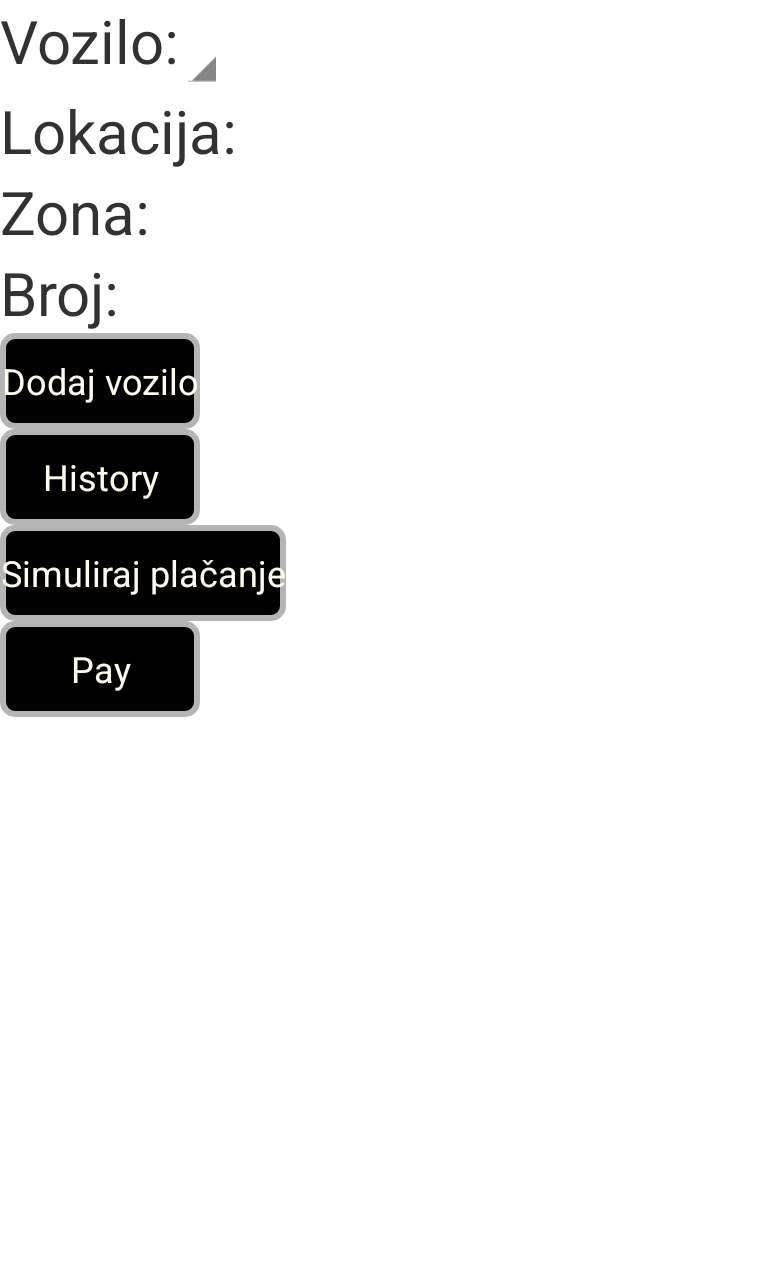
Repository: Kondorcom/GPS_parking
Layout: GPSParking/res/layout/activity_main.xml
An editor plug-in stored every save of this project. The layout is shown before and after the next save, followed by the edit.
It is drawn on a 768 x 1280 px phone screen (xhdpi) without system bars, with theme AppTheme; the app's code is not run. The app's manifest (not shown) leaves right-to-left support off. So textAlignment, textDirection and layoutDirection are ignored, and left and right values win over start and end ones.

Above is the layout before, as saved 2016-05-16 11:00:01.

After the next save:
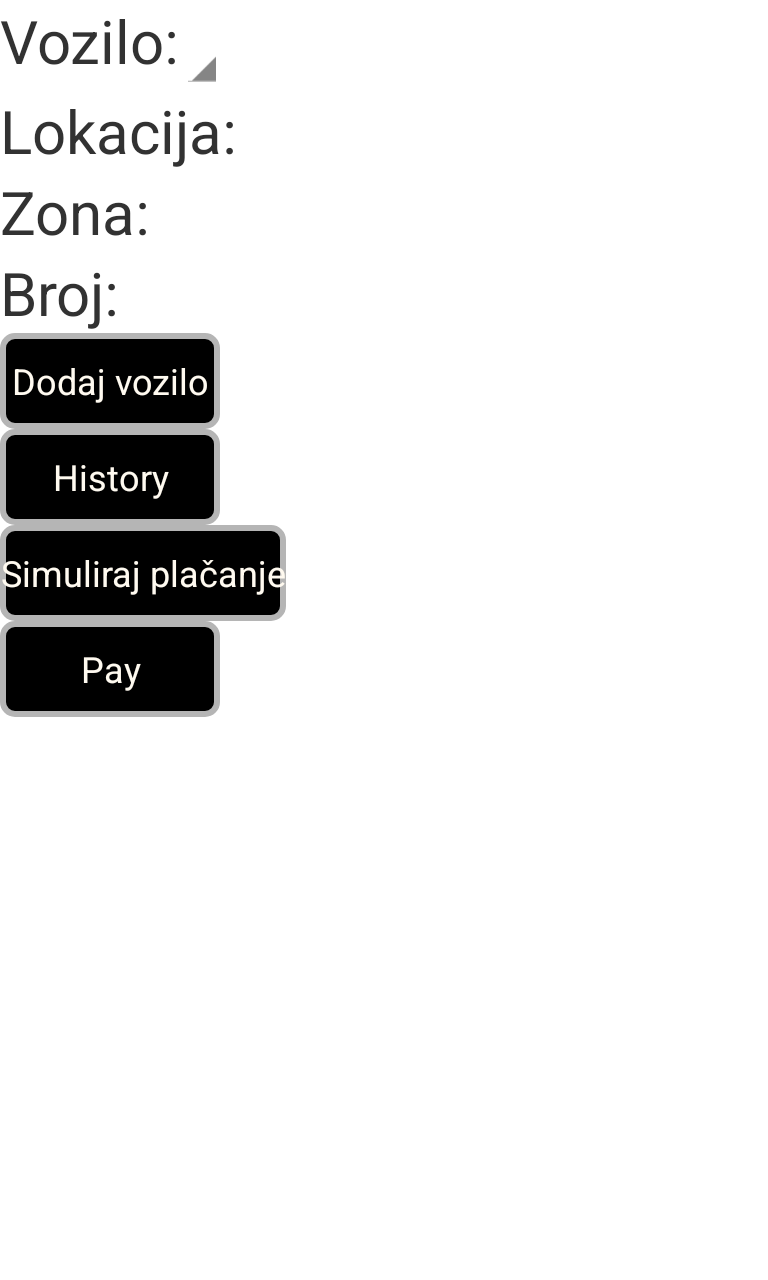
Saved 18 s later.
--- a/GPSParking/res/drawable/btn_shape.xml
+++ b/GPSParking/res/drawable/btn_shape.xml
@@ -14,13 +14,13 @@ android:right="0dp"
 android:bottom="0dp"
 />
 <size
-android:width="100dp"
+android:width="110dp"
 android:height="40dp"
 
 />
 <stroke
 android:width="3dp"
 android:color="#B5B5B5"
-android:textColor="#fffaf0"
+
 />
 </shape>
